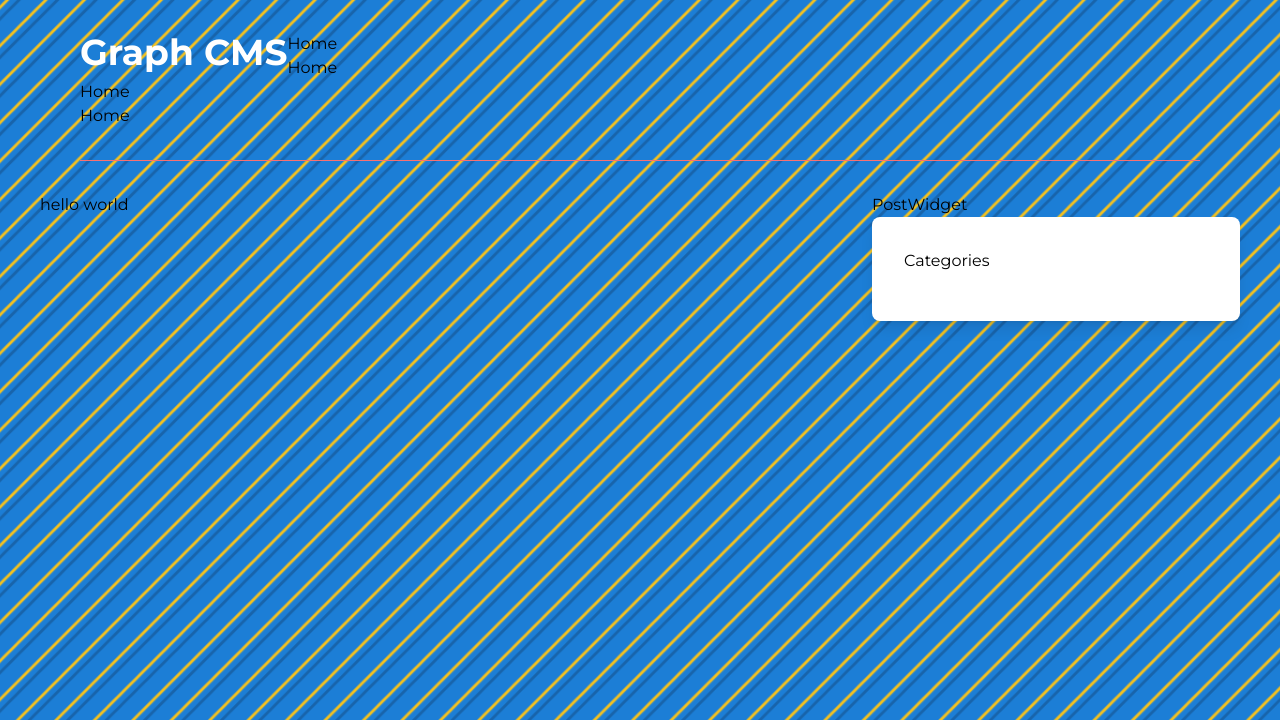
Repository: Sinkycode/Evangel_blog
Page: /
The author's editor kept a copy of each file at every save. The page is drawn from the files as they stood at one save, then again after the next save.
The browser window is 1280 px wide. The pictures show the whole page.
The project was rebuilt for these pictures with package versions that can differ from the ones it lists, and the page was loaded fresh each time. The framework's server and built-in components were replaced by stand-ins that run in the browser. Also part of the build but not shown: next.config.js, components/PostCard.jsx.

Above is the page before, as saved 2022-07-02 08:00:42.

After the next save:
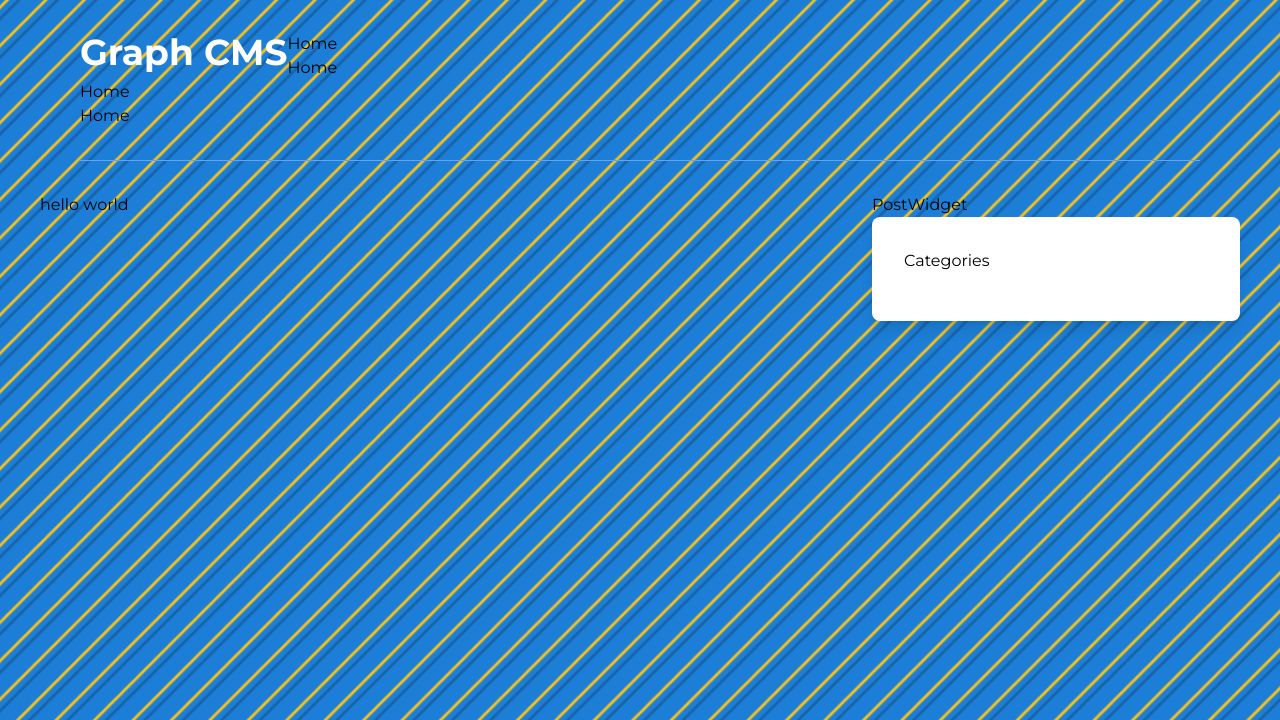
Saved 2 s later.
--- a/components/Header.jsx
+++ b/components/Header.jsx
@@ -7,7 +7,7 @@
   return (
     <div className="container mx-auto px-10 mb-8">
       <div className="container mx-auto px-10 mb-8">
-      <div className="border-b w-full inline-block border-red-400 py-8">
+      <div className="border-b w-full inline-block border-blue-400 py-8">
         <div className="md:float-left block">
           <Link href="/">
             <span className="cursor-pointer font-bold text-4xl text-white">
